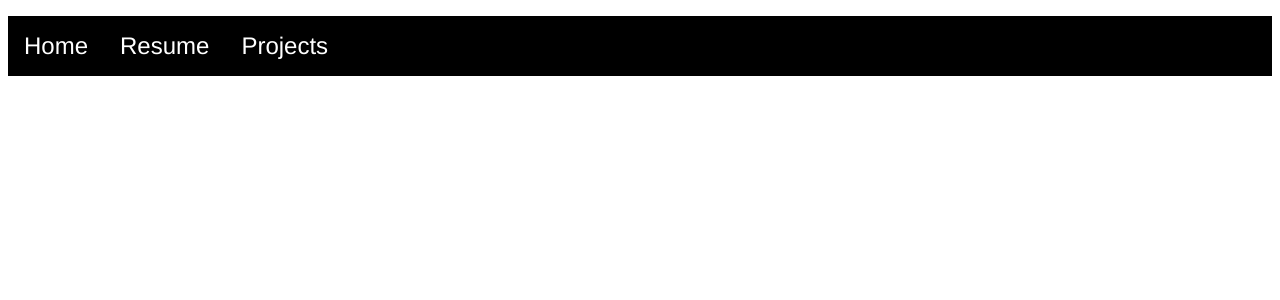
Repository: TangDylan/TangDylan.github.io
Page: index.html
The author's editor kept a record of every edit. The page is drawn from the files as they stood at one moment, then again after the next edit.
The browser window is 1280 px wide. The pictures show the whole page.

Above is the page before.

### index.html
<!DOCTYPE html>
<html>
    <head>

        <title>Home</title>

        <style>

          * {
            font-family:helvetica;
          }

          .navbar {
            list-style:none;
            background-color:black;
            overflow:hidden;
            padding:0;

          }

          .navbar a, .dropdown div {
            text-decoration:none;
            color:white;
            font-size:24px;
            padding: 16px;
            display:inline-block
          }

          .navbar li {
            float:left;
          }

          .navbar li:hover {
          background-color:lightblue;
          }

          .dropdown-content {
            list-style:none;
            padding:0;
            display:none;
            position:absolute;
            z-index:1;
            background-color:black;
          }

          .dropdown-content li {
            float:none;
          }

          .dropdown:hover .dropdown-content {
           display:block;
          }


        </style>
    </head>

    <body>

      <ul class="navbar">
        <li><a href="./">Home</a></li>
        <li><a href="resume.html">Resume</a></li>
        <li class="dropdown">
          <div>Projects</div>
          <ul class="dropdown-content">
            <li><a href="#">Project 1</a></li>
            <li><a href="#">Project 2</a></li>
            <li><a href="#">Project 3</a></li>

          </ul>

        </li>

      </ul>

    </body>

</html>

After the next edit:
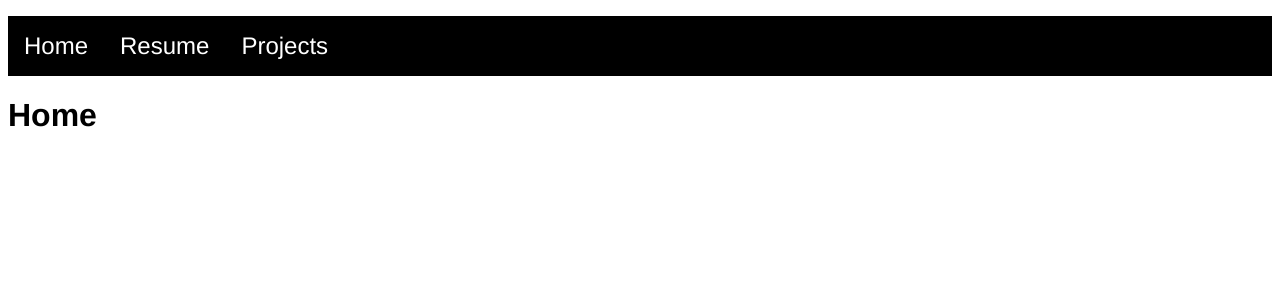
The edit:
--- a/index.html
+++ b/index.html
@@ -73,6 +73,11 @@
 
       </ul>
 
+        <h1>
+          Home
+        </h1>
+
+
     </body>
 
 </html>
